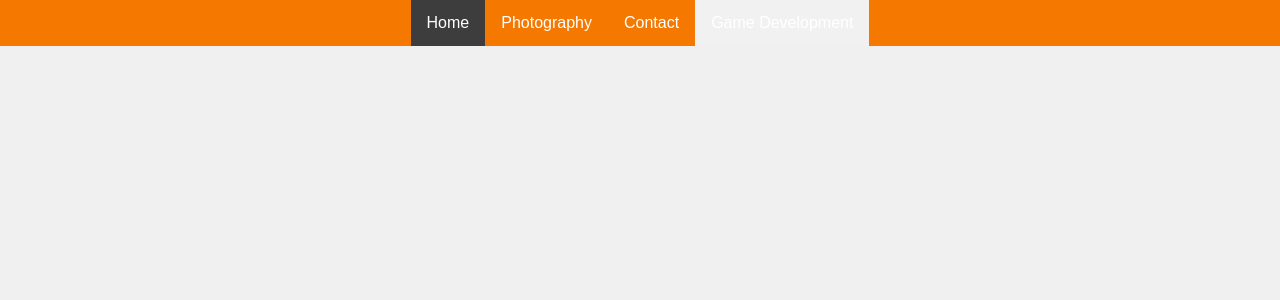
Repository: Argivist/ArgPortfolio
Page: blender/index.html
These files come from the project's save history. The page is drawn as it stood at one moment and after the next save; the edit follows.
The browser window is 1280 px wide. The pictures show the whole page.
The pointer rests on the first visible `nav ul li a`.

Above is the page before, as saved 2025-03-28 16:11:11.

### blender/index.html
<!DOCTYPE html>
<html lang="en">

<head>
    <meta charset="UTF-8">
    <meta name="viewport" content="width=device-width, initial-scale=1.0">
    <link rel="stylesheet" href="../css/styles.css">
    <link rel="stylesheet" href="../css/nav.css">
    <link rel="stylesheet" href="../css/blender.css">


    <title>Hutton Amison-Addy</title>

    <style>
        body{
            background-color: #f0f0f0;
            font-family: 'Arial', sans-serif;
        }
    </style>
</head>

<body>
    <nav>
        <ul>
            <li class="nav-content"><a href="../../index.html">Home</a></li>
            <li class="nav-content"><a href="https://www.instagram.com/theworldinoneseye/">Photography</a></li>

            <li class="dropdown nav-content">
                <a href="contact.html">Contact</a>
                <ul class="dropdown-content">
                    <li><a href="https://www.linkedin.com/in/hutton-amison-addy-7b1b3b1b1/">LinkedIn</a></li>
                    <li><a href="https://www.github.com/Argivist">GitHub</a></li>
                    <li><a href="mailto:hutton.amison@ashesi.edu.gh">hutton.amison@ashesi.edu.gh</a></li>
                    <li><a href="mailto:huttonaaddy.public@gmail.com">huttonaaddy.public@gmail.com</a></li>
                </ul>
            </li>

            <li class="dropdown nav-content active">
                <a href="#">Game Development</a>
                <ul class="dropdown-content">
                    <li><a href="../game/index.html">Game Development Projects</a></li>
                    <li class=" "><a href="">Blender</a></li>
                </ul>
            </li>
        </ul>
    </nav>
    <div class="padding">
    </div>
        <div class="overlay">

        </div>



</body>

</html>

### css/styles.css
body{
    height: 100%;
    margin: 0;
    padding: 0;
}

### css/nav.css
/* 1. Define default variables in :root */


/* NAV Content and Dropdown */
.nav-content {
    position: relative;
    display: inline-block;
}

.dropdown {
    position: relative; /* For proper absolute positioning of its child */
    display: inline-block;
}

.dropdown:hover .dropdown-content {
    display: block;
}

.dropdown-content {
    display: none;
    position: absolute; /* This makes it overlay other elements without affecting layout */
    background-color: var(--dropdown-bg);
    min-width: 160px;
    box-shadow: 0px 8px 16px 0px rgba(0,0,0,0.2);
    z-index: 1;
}

/* Nav Stylisation */
nav {
    background-color: var(--nav-bg);
    position: fixed;
    top: 0;
    left: 0;
    width: 100vw;
    z-index: 100;
    display: flex;
    justify-content: center;  /* Centers the nav content horizontally */
    align-items: center;      /* Vertically centers items */
    margin: 0;
    color: var(--nav-link-color);
}

/* Reserve space for the fixed navbar */
.padding {
    height: 35px;  /* Adjust this value to match your navbar's height */
    top: 0;
    left: 0;
    width: 100%;
    bottom: 0;
}

/* Nav List Styles */
nav ul {
    list-style-type: none;
    margin: 0;
    padding: 0;
    display: flex;
}

nav ul li {
    display: inline-block;
    margin: 0;
    text-align: center;
    /* If you want each <li> to match nav’s background: */
    background-color: var(--nav-bg);
}

/* Nav Links */
nav ul li a {
    display: block;
    color: var(--nav-link-color);
    text-align: center;
    padding: 14px 16px;
    text-decoration: none;
}

nav ul li a:hover {
    background-color: var(--nav-link-hover-bg);
}

/* Optional: Ensure dropdown list items take full width */
.dropdown ul li {
    width: 100%;
}

/* Active link styling */
.active {
    background-color: var(--active-bg);
    color: var(--nav-link-color);
}

### css/blender.css
:root {
    --nav-bg: #f57900;           /* Blender's dark gray background */
    --nav-link-color: #d9d9d9;   /* Light gray text for contrast */
    --nav-link-hover-bg: #3d3d3d; /* Slightly lighter gray on hover */
    --dropdown-bg: #2c2c2c;      /* Dark dropdown background */
    --active-bg: #f1f1f1;        /* Blender's signature orange */
    --border-color: #555;        /* Subtle border color */
    --text-color: #333;          /* Dark gray text */
    --nav-link-color: #fff;      /* Light gray text for contrast */
    --nav-link-active-color: #f57900; /* Blender's signature orange */
}

After the next save:
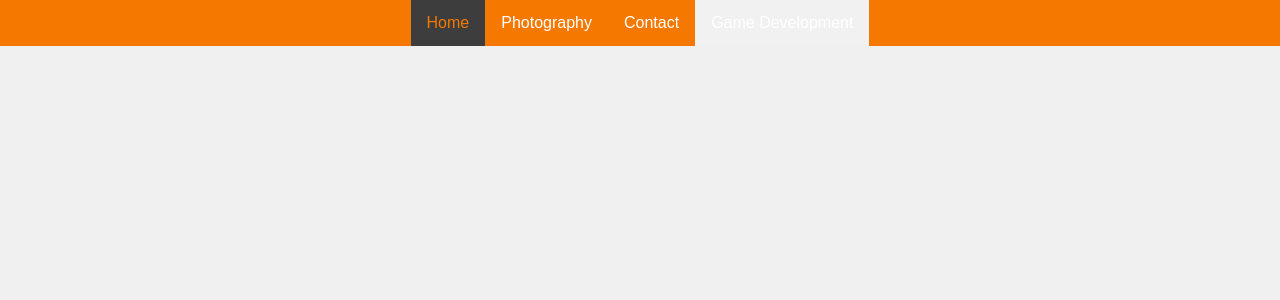
Saved 47 s later.
--- a/css/nav.css
+++ b/css/nav.css
@@ -76,6 +76,7 @@ nav ul li a {
 
 nav ul li a:hover {
     background-color: var(--nav-link-hover-bg);
+    color: var(--nav-link-active-color);
 }
 
 /* Optional: Ensure dropdown list items take full width */
